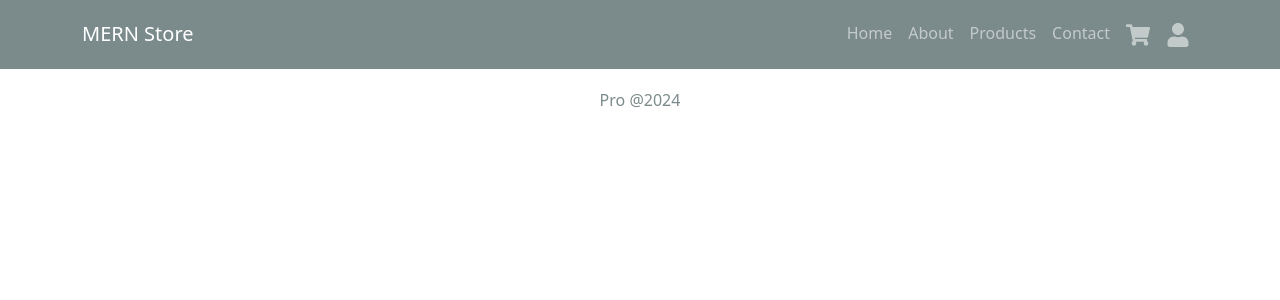
Repository: Attar786/MernStore
Page: / (app in client/)
The author's editor kept a copy of each file at every save. The page is drawn from the files as they stood at one save, then again after the next save.
The browser window is 1280 px wide. The pictures show the whole page.
The project was rebuilt for these pictures with package versions that can differ from the ones it lists, and the page was loaded fresh each time. Also part of the build but not shown: client/vite.config.js, client/src/App.css.

Above is the page before, as saved 2024-07-09 16:42:26.

After the next save:
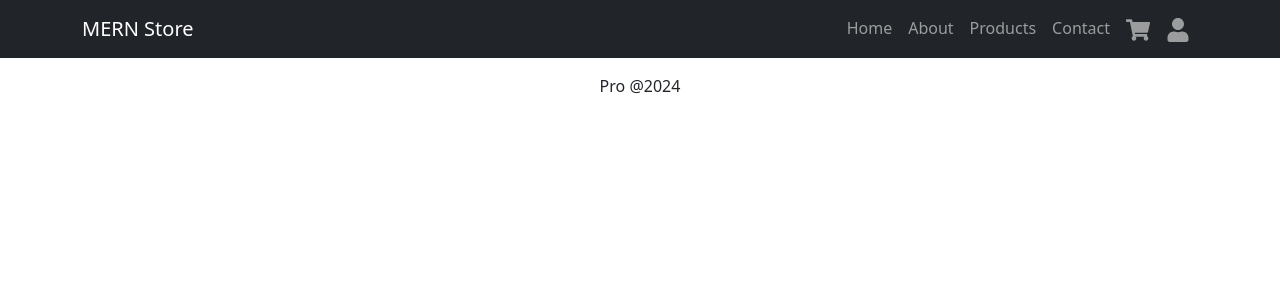
Saved 5 s later.
--- a/client/src/main.jsx
+++ b/client/src/main.jsx
@@ -3,7 +3,7 @@
 import App from './App.jsx'
 // import './assets/styles/bootstrap.custom.css'
 // import '.assets/styles/index.css'
-import './assets/styles/bootstrap.custom.css'
+// import './assets/styles/bootstrap.custom.css'
 
 ReactDOM.createRoot(document.getElementById('root')).render(
   <React.StrictMode>

After the save that followed:
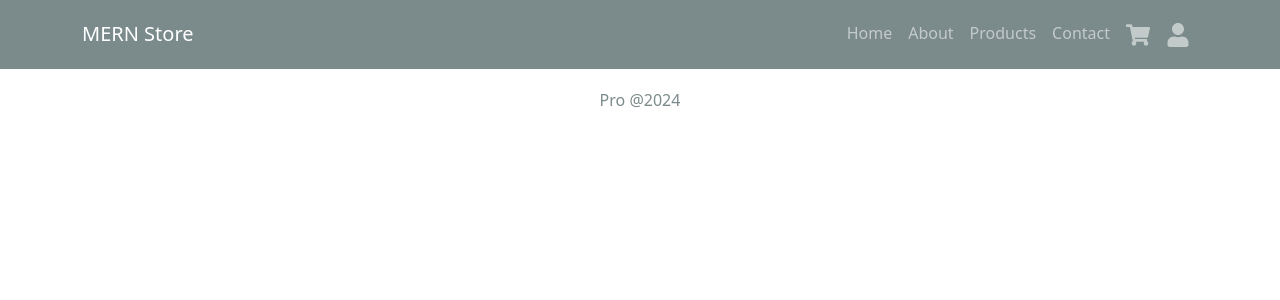
Saved 25 s later.
--- a/client/src/main.jsx
+++ b/client/src/main.jsx
@@ -2,8 +2,8 @@
 import ReactDOM from 'react-dom/client'
 import App from './App.jsx'
 // import './assets/styles/bootstrap.custom.css'
-// import '.assets/styles/index.css'
-// import './assets/styles/bootstrap.custom.css'
+import '.assets/styles/index.css'
+import './assets/styles/bootstrap.custom.css'
 
 ReactDOM.createRoot(document.getElementById('root')).render(
   <React.StrictMode>
